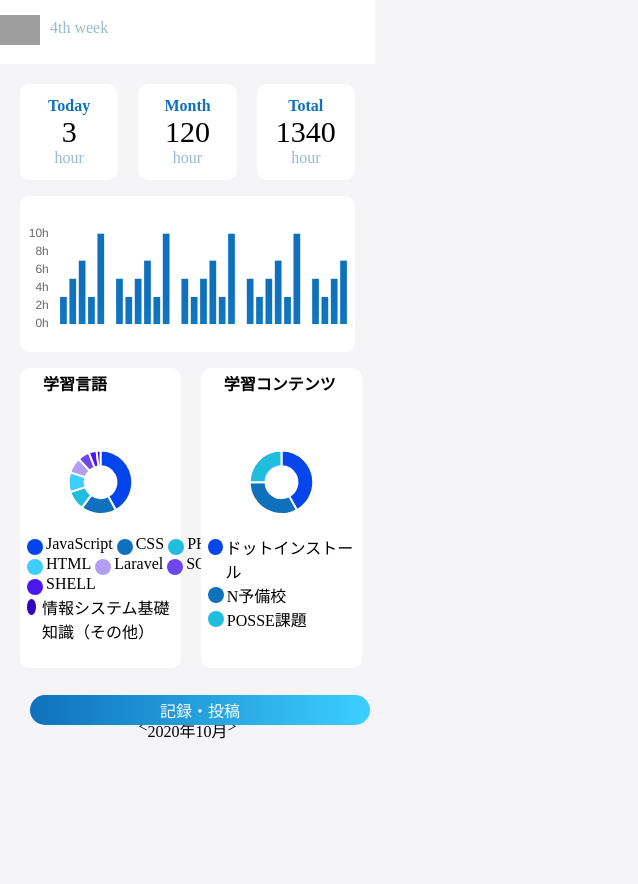
Repository: posse-ap/gen2.0-kamibayasitaito
Page: app/app.html
An editor plug-in stored every save of this project. The page is shown before and after the next save, followed by the edit.
The browser window is 375 px wide. The page is 638 px wide, so the pictures cover 638 px, including what lies to the right of the window. The pictures show the whole page.
Pictures or frames that could not be fetched are drawn as grey boxes. Some web libraries are served in a nearby version.

Above is the page before, as saved 2021-11-26 18:56:59.

After the next save:
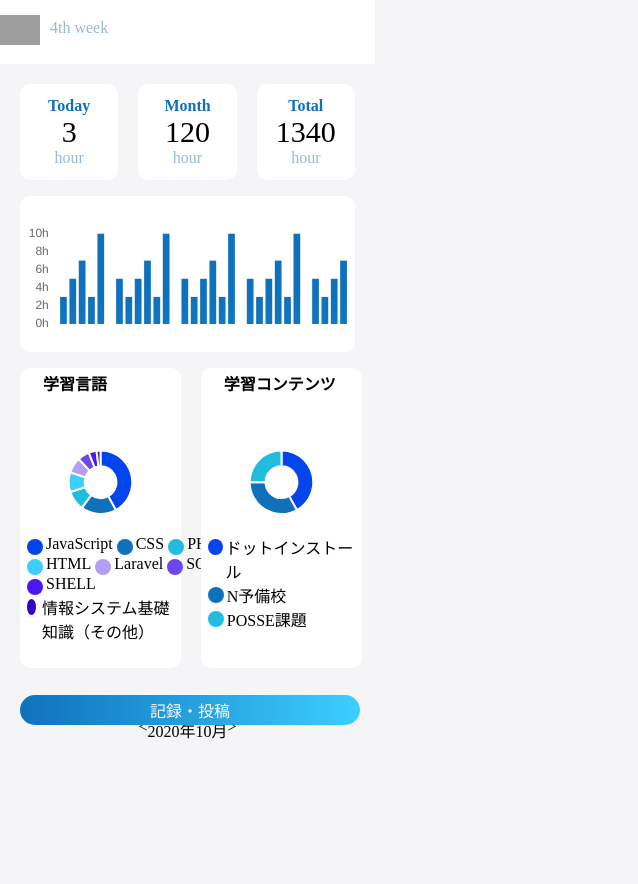
Saved 5 s later.
--- a/app/app_smartphone.css
+++ b/app/app_smartphone.css
@@ -318,7 +318,7 @@
 
 
         .header_button_smartphone{
-            margin-left: 30px;
+            margin-left: 20px;
             margin-right: auto;
             position: absolute;
             text-align: center;
